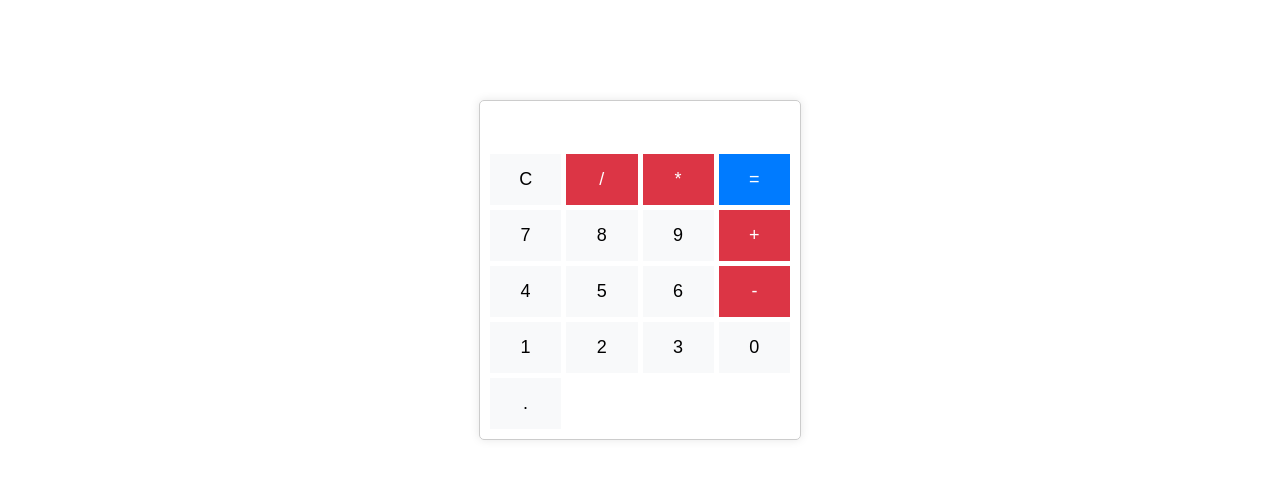
Repository: om9011/calculator
Page: index.html
An editor plug-in stored every save of this project. The page is shown before and after the next save, followed by the edit.
The browser window is 1280 px wide. The pictures show the whole page.

Above is the page before, as saved 2024-02-21 11:06:32.

### index.html
<!DOCTYPE html>
<html lang="en">
<head>
  <meta charset="UTF-8">
  <meta name="viewport" content="width=device-width, initial-scale=1.0">
  <title>Calculator</title>
  <link rel="stylesheet" href="styles.css">
</head>
<body>
  <div class="calculator">
    <input type="text" id="display" readonly>
    <div class="buttons">
      <button onclick="clearDisplay()">C</button>
      <button class="operator" onclick="appendToDisplay('/')">/</button>
      <button class="operator" onclick="appendToDisplay('*')">*</button>
      <button class="calculate" onclick="calculate()">=</button>

      <button onclick="appendToDisplay('7')">7</button>
      <button onclick="appendToDisplay('8')">8</button>
      <button onclick="appendToDisplay('9')">9</button>
      <button class="operator" onclick="appendToDisplay('+')">+</button>

      <button onclick="appendToDisplay('4')">4</button>
      <button onclick="appendToDisplay('5')">5</button>
      <button onclick="appendToDisplay('6')">6</button>
      <button class="operator" onclick="appendToDisplay('-')">-</button>

      <button onclick="appendToDisplay('1')">1</button>
      <button onclick="appendToDisplay('2')">2</button>
      <button onclick="appendToDisplay('3')">3</button>
      <button onclick="appendToDisplay('0')">0</button>

      <button onclick="appendToDisplay('.')">.</button>
    </div>
  </div>
  <script src="script.js"></script>
</body>
</html>

### styles.css
.calculator {
  width: 300px;
  margin: 100px auto;
  border: 1px solid #ccc;
  padding: 10px;
  border-radius: 5px;
  box-shadow: 0 0 10px rgba(0, 0, 0, 0.1);
}

#display {
  width: calc(100% - 20px);
  margin-bottom: 10px;
  padding: 5px;
  font-size: 20px;
  border: none;
  border-radius: 3px;
  outline: none;
}

.buttons {
  display: grid;
  grid-template-columns: repeat(4, 1fr);
  gap: 5px;
}

button {
  padding: 15px;
  font-size: 18px;
  border: none;
  outline: none;
  cursor: pointer;
  background-color: #f8f9fa;
  transition: background-color 0.3s ease;
}

button:hover {
  background-color: #e9ecef;
}

.operator {
  background-color: #dc3545;
  color: #fff;
}

.calculate {
  background-color: #007bff;
  color: #fff;
}

### script.js
function appendToDisplay(value) {
    document.getElementById('display').value += value;
  }

  function clearDisplay() {
    document.getElementById('display').value = '';
  }

  function calculate() {
    var display = document.getElementById('display');
    try {
      display.value = eval(display.value);
    } catch (error) {
      display.value = 'Error';
    }
  }

After the next save:
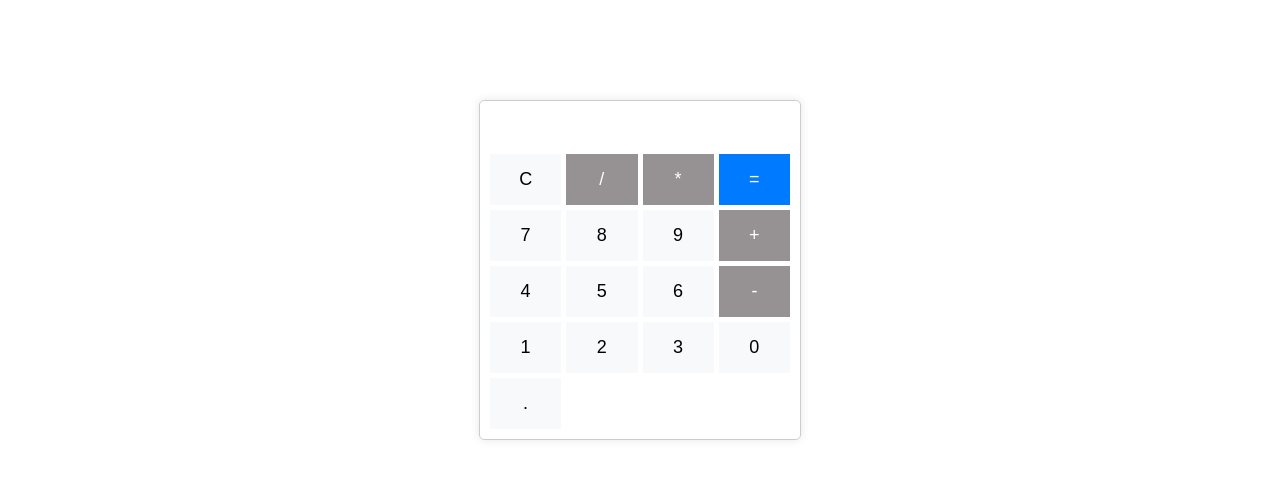
Saved 16 s later.
--- a/styles.css
+++ b/styles.css
@@ -38,7 +38,7 @@ button:hover {
 }
 
 .operator {
-  background-color: #dc3545;
+  background-color: #969293;
   color: #fff;
 }
 
